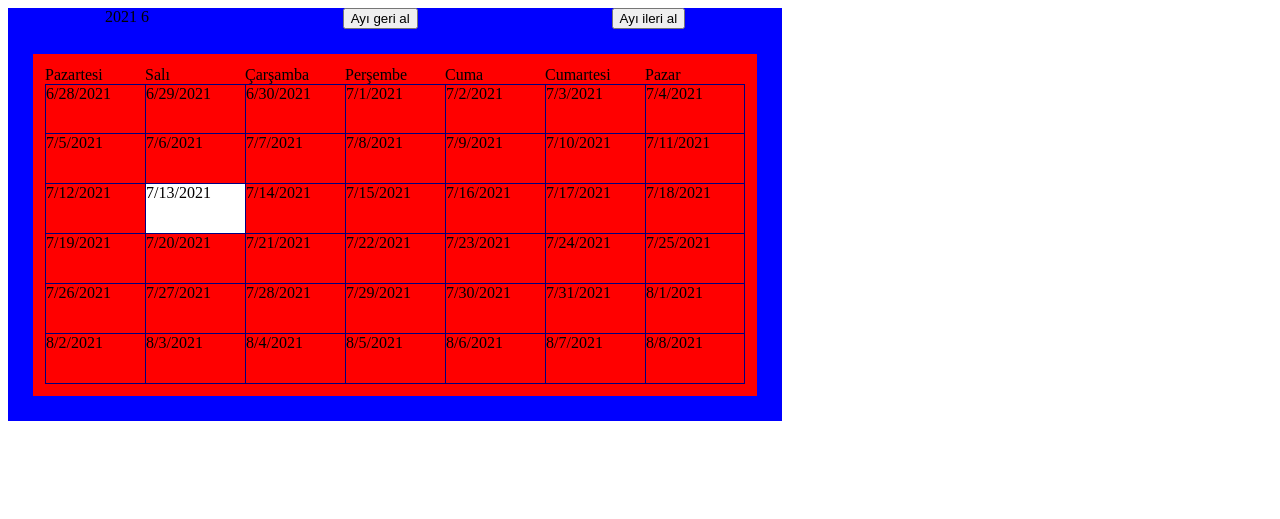
Repository: ahmetbugraozcan/javascript-calendar
Page: tablo.html
These files come from the project's save history. The page is drawn as it stood at one moment and after the next save; the edit follows.
The browser window is 1280 px wide. The pictures show the whole page.

Above is the page before, as saved 2021-07-13 11:33:39.

### tablo.html
<!DOCTYPE html>
<html lang="en">

<head>
    <meta charset="UTF-8">
    <meta http-equiv="X-UA-Compatible" content="IE=edge">
    <meta name="viewport" content="width=device-width, initial-scale=1.0">
    <title>Document</title>
</head>
<!--pazartesi salı çarş... için arrayler oluştur. arraylere göre günleri yerleştir.-->
<!--Veritabanı için dizi içinden kontroledivez. örneğin pazartesi[1] değeri 12 mayıs 2021 e eşitse databasede bununla eşleşen değeri getir
    ardından pazartesi[1] e eşdeğer olan id'li divin içeriği değişecek.-->

<style>
    * {
        box-sizing: border-box;
    }

    .cell-last {
        border-right: 1px solid navy;

    }

    .cell-top {
        border-top: 1px solid navy;
    }

    /* her hücre*/
    .cell,
    .cell-top,
    .cell-last {
        text-overflow: clip;
        white-space: nowrap;
        overflow: hidden;
        border-bottom: 1px solid navy;
        border-left: 1px solid navy;
        width: 100px;
        height: 50px;
    }


    /*tablonun kendisi*/
    .calendar {
        margin: 25px;
        padding: 12px;
        display: flex;
        width: fit-content;
        background-color: red;
    }


    .container {
        background-color: blue;
        display: flex;
        width: fit-content;
        flex-direction: column;
    }

    .test {
        display: flex;
        justify-content: space-around;
    }
</style>

<body>

    <div class="container">

        <div class="test">
            <span id="currentDate"></span>
            <span><button type="button" onclick="previousDate()">Ayı geri al</button></span>
            <span><button type="button" onclick="nextDate()">Ayı ileri al</button></span>
        </div>
        <div class="calendar">
            <div>
                <div>Pazartesi</div>
                <div class="cell-top" id="pazartesi0">1</div>
                <div class="cell" id="pazartesi1">1</div>
                <div class="cell" id="pazartesi2">1</div>
                <div class="cell" id="pazartesi3">1</div>
                <div class="cell" id="pazartesi4">1</div>
                <div class="cell" id="pazartesi5">1</div>
            </div>
            <div>
                <div>Salı</div>
                <div class="cell-top" id="sali0">1</div>
                <div class="cell" id="sali1">1</div>
                <div class="cell" id="sali2">1</div>
                <div class="cell" id="sali3">1</div>
                <div class="cell" id="sali4">1</div>
                <div class="cell" id="sali5">1</div>
            </div>
            <div>
                <div>Çarşamba</div>
                <div class="cell-top" id="carsamba0">1</div>
                <div class="cell" id="carsamba1">1</div>
                <div id="carsamba2" class="cell">1</div>
                <div id="carsamba3" class="cell">1</div>
                <div id="carsamba4" class="cell">1</div>
                <div id="carsamba5" class="cell">1</div>
            </div>
            <div>
                <div>Perşembe</div>
                <div class="cell-top" id="persembe0">1</div>
                <div class="cell" id="persembe1">1</div>
                <div id="persembe2" class="cell">1</div>
                <div id="persembe3" class="cell">1</div>
                <div id="persembe4" class="cell">1</div>
                <div id="persembe5" class="cell">1</div>
            </div>
            <div>
                <div>Cuma</div>
                <div class="cell-top" id="cuma0">1</div>
                <div class="cell" id="cuma1">1</div>
                <div id="cuma2" class="cell">1</div>
                <div id="cuma3" class="cell">1</div>
                <div id="cuma4" class="cell">1</div>
                <div id="cuma5" class="cell">1</div>
            </div>
            <div>
                <div>Cumartesi</div>
                <div class="cell-top" id="cumartesi0">1</div>
                <div class="cell" id="cumartesi1">1</div>
                <div class="cell" id="cumartesi2">1</div>
                <div class="cell" id="cumartesi3">1</div>
                <div class="cell" id="cumartesi4">1</div>
                <div class="cell" id="cumartesi5">1</div>

            </div>
            <div>
                <div>Pazar</div>
                <div id="pazar0" class="cell-top" style="border-right: 1px solid navy;">1</div>
                <div id="pazar1" class="cell-last">1</div>
                <div id="pazar2" class="cell-last">1</div>
                <div id="pazar3" class="cell-last">1</div>
                <div id="pazar4" class="cell-last">1</div>
                <div id="pazar5" class="cell-last">1</div>
            </div>
        </div>
    </div>
    <script src="takvim.js">

    </script>



</html>

### takvim.js
function daysInMonth(month, year) {
    return new Date(year, month, 0).getDate();
}
var currentDate = new Date();
var pazartesi = [];
var sali = [];
var carsamba = [];
var persembe = [];
var cuma = [];
var cumartesi = [];
var pazar = [];
var gunler = ["pazar", "pazartesi", "sali", "carsamba", "persembe", "cuma", "cumartesi"];
var baslanacakDate = new Date(currentDate.getFullYear(), currentDate.getMonth(), 1);
var currentMonth = baslanacakDate.getMonth();
var currentYear = baslanacakDate.getFullYear();

fillCalendar();

function fillCalendar() {

    var firstDate = baslanacakDate.getDay();
    if (firstDate == 0) {
        firstDate = 7;
    }
    baslanacakDate.setDate((baslanacakDate.getDate()) - (firstDate));
    // var today = new Date();
    // var todayWithoutTime = new Date(today.getFullYear(), today.getMonth(), today.getDate() );


    var counter = 0;
    for (let i = 1; i <= 42; i++) {
        baslanacakDate.setDate((baslanacakDate.getDate()) + (1));
        // bir tabloda 42 gün var o ayın kaç çektiğini bul bu aydan geriye kaç sayacağız ona bul bu aydan ileri kaç sayacağız onu bul ve ona göre bir date oluştur.
        //ardından bu for döngüsünü kullan

        // if(baslanacakDate.toDateString() ==  todayWithoutTime.toDateString()){
        //     console.log("bugün eşitlendi : " + i);
        //     counter = i;
        // }

        switch (baslanacakDate.getDay()) {
            case 0:
                pazar.push(baslanacakDate.toLocaleDateString());

                break;
            case 1:
                pazartesi.push(baslanacakDate.toLocaleDateString());
                break;
            case 2:
                sali.push(baslanacakDate.toLocaleDateString());
                break;
            case 3:
                carsamba.push(baslanacakDate.toLocaleDateString());
                break;

            case 4:
                persembe.push(baslanacakDate.toLocaleDateString());
                break;

            case 5:
                cuma.push(baslanacakDate.toLocaleDateString());
                break;

            case 6:
                cumartesi.push(baslanacakDate.toLocaleDateString());
                break;
        }
    }


    document.getElementById("currentDate").innerHTML = currentYear + " " + currentMonth;
    for (let i = 0; i < 6; i++) {
        document.getElementById(`pazar${i}`).innerHTML = pazar[i];
        document.getElementById(`pazartesi${i}`).innerHTML = pazartesi[i];
        document.getElementById(`sali${i}`).innerHTML = sali[i];
        document.getElementById(`carsamba${i}`).innerHTML = carsamba[i];
        document.getElementById(`persembe${i}`).innerHTML = persembe[i];
        document.getElementById(`cuma${i}`).innerHTML = cuma[i];
        document.getElementById(`cumartesi${i}`).innerHTML = cumartesi[i];

        document.getElementById(`pazar${i}`).style.backgroundColor = "red";
        document.getElementById(`pazartesi${i}`).style.backgroundColor = "red";
        document.getElementById(`sali${i}`).style.backgroundColor = "red";
        document.getElementById(`carsamba${i}`).style.backgroundColor = "red";
        document.getElementById(`persembe${i}`).style.backgroundColor = "red";
        document.getElementById(`cuma${i}`).style.backgroundColor = "red";
        document.getElementById(`cumartesi${i}`).style.backgroundColor = "red";




        if (pazar[i] == currentDate.toLocaleDateString()) {
            console.log("Bugün pazar");
            document.getElementById(`pazar${i}`).style.backgroundColor = "white";
        } else if (pazartesi[i] == currentDate.toLocaleDateString()) {
            console.log("Bugün pazartesi");
            document.getElementById(`pazartesi${i}`).style.backgroundColor = "white";
        } else if (sali[i] == currentDate.toLocaleDateString()) {
            console.log("Bugün sali");
            document.getElementById(`sali${i}`).style.backgroundColor = "white";
        } else if (carsamba[i] == currentDate.toLocaleDateString()) {
            console.log("Bugün carsamba");
            document.getElementById(`carsamba${i}`).style.backgroundColor = "white";
        } else if (persembe[i] == currentDate.toLocaleDateString()) {
            console.log("Bugün persembe");
            document.getElementById(`persembe${i}`).style.backgroundColor = "white";
        } else if (cuma[i] == currentDate.toLocaleDateString()) {
            console.log("Bugün cuma");
            document.getElementById(`cuma${i}`).style.backgroundColor = "white";
        } else if (cumartesi[i] == currentDate.toLocaleDateString()) {
            console.log("Bugün cumartesi");
            document.getElementById(`cumartesi${i}`).style.backgroundColor = "white";
        }
    }
}


function previousDate() {

    pazar = [];
    pazartesi = [];
    sali = [];
    carsamba = [];
    persembe = [];
    cuma = [];
    cumartesi = [];
    if (currentMonth > 0) {
        currentMonth--;
    } else {
        currentMonth = 11;
        currentYear--;
    }
    baslanacakDate = new Date(currentYear, currentMonth, 1);
    fillCalendar();


}

function nextDate() {

    pazar = [];
    pazartesi = [];
    sali = [];
    carsamba = [];
    persembe = [];
    cuma = [];
    cumartesi = [];
    if (currentMonth < 11) {
        currentMonth++;
    } else {
        currentMonth = 0;
        currentYear++;
    }
    baslanacakDate = new Date(currentYear, currentMonth, 1);
    fillCalendar();

}

After the next save:
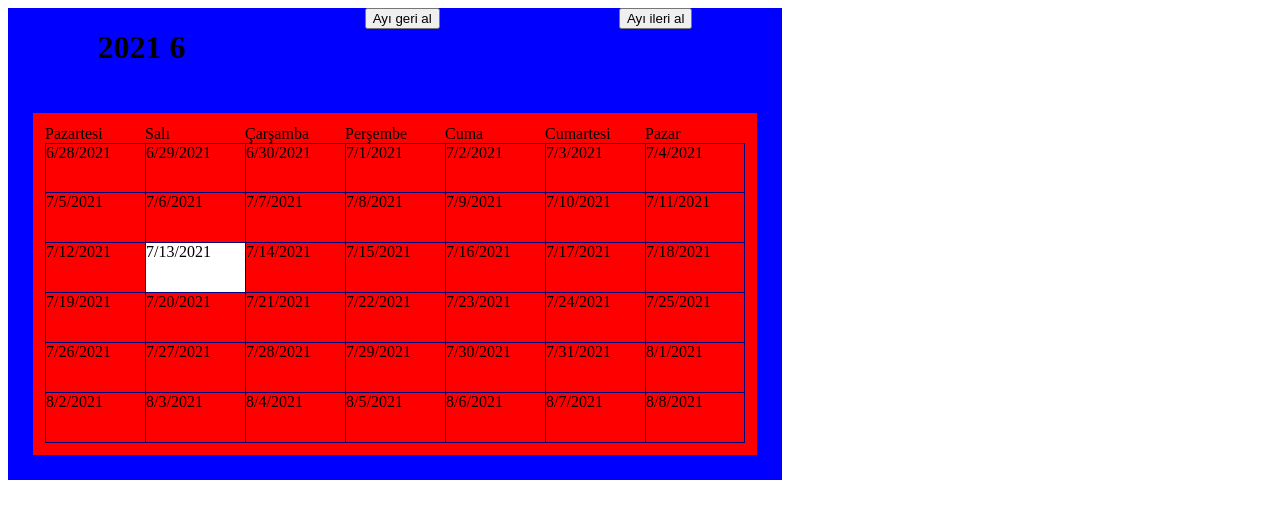
Saved 3 min 40 s later.
--- a/tablo.html
+++ b/tablo.html
@@ -67,7 +67,7 @@
     <div class="container">
 
         <div class="test">
-            <span id="currentDate"></span>
+            <h1 id="currentDate"></h1>
             <span><button type="button" onclick="previousDate()">Ayı geri al</button></span>
             <span><button type="button" onclick="nextDate()">Ayı ileri al</button></span>
         </div>
